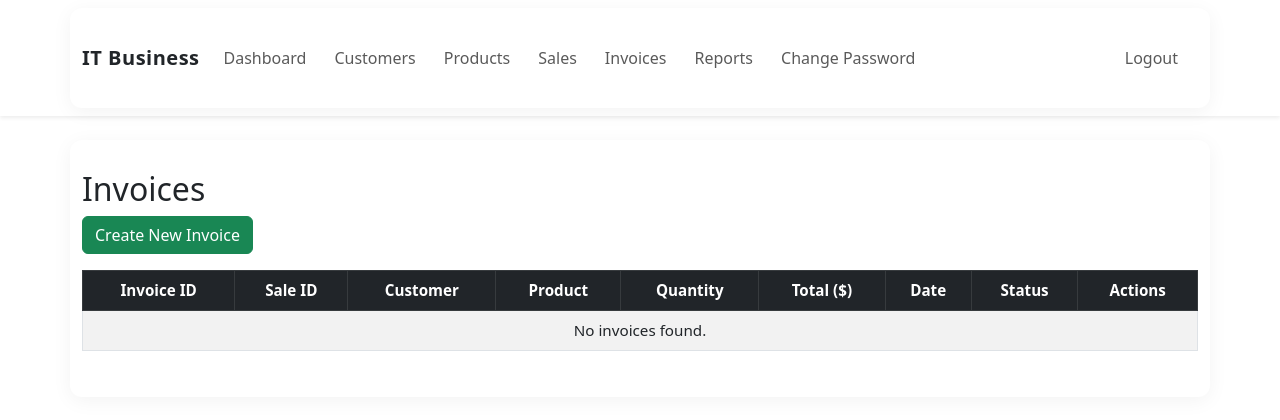
Repository: asmsaifulislam/it_business
Page: http://localhost/invoice
These files come from the project's save history. The page is drawn as it stood at one moment and after the next save; the edit follows.
The browser window is 1280 px wide. The pictures show the whole page.
The page is served by the project's application, run on Flask 3 (app.py). The session is filled in as if someone had signed in: {"user_id": 1}. Other server files are loaded and not shown. Queries for data that is not in the repository find no rows.

Above is the page before, as saved 2025-09-20 00:27:00.

### templates/invoice.html
{% extends 'base.html' %}

{% block content %}
<h2>Invoices</h2>
<a href="{{ url_for('create_invoice') }}" class="btn btn-success mb-3">Create New Invoice</a>

<div class="table-responsive">
    <table class="table table-bordered table-hover table-striped text-center align-middle">
        <thead class="table-dark">
            <tr>
                <th>Invoice ID</th>
                <th>Sale ID</th>
                <th>Customer</th>
                <th>Product</th>
                <th>Quantity</th>
                <th>Total ($)</th>
                <th>Date</th>
                <th>Status</th>
                <th>Actions</th>
            </tr>
        </thead>
        <tbody>
            {% for invoice in invoices %}
            <tr>
                <td>{{ invoice.id }}</td>
                <td>{{ invoice.sale_id }}</td>
                <td>{{ invoice.customer }}</td>
                <td>{{ invoice.product }}</td>
                <td>{{ invoice.quantity }}</td>
                <td>${{ "{:,.2f}".format(invoice.total) }}</td>
                <td>{{ invoice.date_created.strftime('%Y-%m-%d %H:%M') }}</td>
                <td>
                    {% if invoice.status == "Paid" %}
                        <span class="badge bg-success">Paid</span>
                    {% elif invoice.status == "Unpaid" %}
                        <span class="badge bg-warning text-dark">Unpaid</span>
                    {% else %}
                        <span class="badge bg-danger">{{ invoice.status }}</span>
                    {% endif %}
                </td>
                <td class="d-flex justify-content-center gap-2">
                    {% if invoice.status != "Paid" %}
                        <form action="{{ url_for('mark_paid', invoice_id=invoice.id) }}" method="POST">
                            <button type="submit" class="btn btn-sm btn-success">Mark Paid</button>
                        </form>
                    {% endif %}
                    <a href="{{ url_for('delete_invoice', invoice_id=invoice.id) }}"
                       class="btn btn-sm btn-danger"
                       onclick="return confirm('Are you sure you want to delete this invoice?')">
                       Delete
                    </a>
                </td>
            </tr>
            {% else %}
            <tr>
                <td colspan="9">No invoices found.</td>
            </tr>
            {% endfor %}
        </tbody>
    </table>
</div>
{% endblock %}

### templates/base.html
<!DOCTYPE html>
<html lang="en">
<head>
    <meta charset="UTF-8">
    <title>IT Business Management Tool</title>
    <meta name="viewport" content="width=device-width, initial-scale=1">

    <!-- Custom Styles -->
    <link rel="stylesheet" href="{{ url_for('static', filename='style.css') }}">

    <!-- Bootstrap CSS -->
    <link href="https://cdn.jsdelivr.net/npm/bootstrap@5.3.0/dist/css/bootstrap.min.css" rel="stylesheet">
</head>
<body>
    <!-- Navbar -->
    <nav class="navbar navbar-expand-lg shadow-sm mb-4" style="background-color: #ffffff;">
        <div class="container">
            <a class="navbar-brand text-dark" href="{{ url_for('dashboard') }}">IT Business</a>
            <button class="navbar-toggler" type="button" data-bs-toggle="collapse" data-bs-target="#navbarNav" aria-controls="navbarNav" aria-expanded="false" aria-label="Toggle navigation">
                <span class="navbar-toggler-icon"></span>
            </button>

            <div class="collapse navbar-collapse justify-content-between" id="navbarNav">
                <ul class="navbar-nav">
                    <li class="nav-item"><a class="nav-link" href="{{ url_for('dashboard') }}">Dashboard</a></li>
                    <li class="nav-item"><a class="nav-link" href="{{ url_for('customers') }}">Customers</a></li>
                    <li class="nav-item"><a class="nav-link" href="{{ url_for('products') }}">Products</a></li>
                    <li class="nav-item"><a class="nav-link" href="{{ url_for('sales') }}">Sales</a></li>
                    <li class="nav-item"><a class="nav-link" href="{{ url_for('invoice') }}">Invoices</a></li>
                    <li class="nav-item"><a class="nav-link" href="{{ url_for('reports') }}">Reports</a></li>
                    <li class="nav-item"><a class="nav-link" href="{{ url_for('change_password') }}">Change Password</a></li>
                </ul>

                <ul class="navbar-nav">
                    {% if session.get('user_id') %}
                        <li class="nav-item"><a class="nav-link" href="{{ url_for('logout') }}">Logout</a></li>
                    {% else %}
                        <li class="nav-item"><a class="nav-link" href="{{ url_for('login') }}">Login</a></li>
                    {% endif %}
                </ul>
            </div>
        </div>
    </nav>

    <!-- Flash Messages -->
    <div class="container">
        {% with messages = get_flashed_messages(with_categories=true) %}
            {% if messages %}
                {% for category, message in messages %}
                    <div class="alert alert-{{ category }} text-center fade-in">
                        {{ message }}
                    </div>
                {% endfor %}
            {% endif %}
        {% endwith %}

        <!-- Page Content -->
        {% block content %}{% endblock %}
    </div>

    <!-- Bootstrap JS -->
    <script src="https://cdn.jsdelivr.net/npm/bootstrap@5.3.0/dist/js/bootstrap.bundle.min.js"></script>
</body>
</html>

### static/style.css
\/* =========================
   Base Reset
========================= */
body {
    margin: 0;
    padding: 0;
    font-family: 'Segoe UI', Tahoma, Geneva, Verdana, sans-serif;
    background-color: #f4f6f9;
    color: #212529;
    text-align: center;
}

/* =========================
   Navbar
========================= */
nav.navbar {
    background-color: #ffffff;
    box-shadow: 0 2px 4px rgba(0, 0, 0, 0.1);
    transition: box-shadow 0.3s ease;
}

nav.navbar:hover {
    box-shadow: 0 4px 12px rgba(0, 0, 0, 0.15);
}

.navbar-brand {
    font-weight: bold;
    font-size: 1.5rem;
    letter-spacing: 0.5px;
    color: #2c3e50;
}

.nav-link {
    font-size: 1rem;
    margin-right: 12px;
    position: relative;
    color: #2c3e50;
    transition: color 0.3s ease;
}

.nav-link::after {
    content: '';
    position: absolute;
    left: 0;
    bottom: -4px;
    width: 0%;
    height: 2px;
    background-color: #198754;
    transition: width 0.3s ease;
}

.nav-link:hover {
    color: #198754;
}

.nav-link:hover::after {
    width: 100%;
}

/* =========================
   Container
========================= */
.container {
    padding: 30px 20px;
    max-width: 1200px;
    margin: 0 auto;
    background-color: #ffffff;
    border-radius: 12px;
    box-shadow: 0 4px 20px rgba(0, 0, 0, 0.05);
}

/* =========================
   Headings
========================= */
h2 {
    font-weight: 600;
    color: #2c3e50;
    margin-bottom: 30px;
}

/* =========================
   Table Styles
========================= */
table {
    font-size: 0.95rem;
    margin: 0 auto;
    width: 100%;
    border-collapse: collapse;
}

.table th {
    background-color: #2c3e50;
    color: white;
    text-align: center;
    padding: 12px;
}

.table td {
    vertical-align: middle;
    text-align: center;
    padding: 10px;
    background-color: #ffffff;
}

.table tbody tr:hover {
    background-color: #f0f8ff;
}

/* =========================
   Buttons
========================= */
.table-actions .btn {
    width: 192px;
    height: 82px;
    font-size: 1.2rem;
    padding: 0;
    display: flex;
    align-items: center;
    justify-content: center;
    border-radius: 10px;
    box-shadow: 0 4px 12px rgba(0, 0, 0, 0.2);
    transition: transform 0.3s ease, box-shadow 0.3s ease;
}

.table-actions .btn:hover {
    transform: scale(1.05);
    box-shadow: 0 6px 16px rgba(0, 0, 0, 0.25);
}

.table-actions .btn-success {
    background-color: #198754;
    color: white;
}

.table-actions .btn-success:hover {
    background-color: #157347;
}

.table-actions .btn-danger {
    background-color: #dc3545;
    color: white;
}

.table-actions .btn-danger:hover {
    background-color: #b02a37;
}

/* =========================
   Badges
========================= */
.badge {
    font-size: 0.85rem;
    padding: 6px 10px;
    border-radius: 4px;
}

/* =========================
   Responsive
========================= */
@media (max-width: 992px) {
    .table-actions .btn {
        width: 140px;
        height: 60px;
        font-size: 1rem;
    }
}

Loaded but not shown: app.py (405 lines, source omitted)

After the next save:
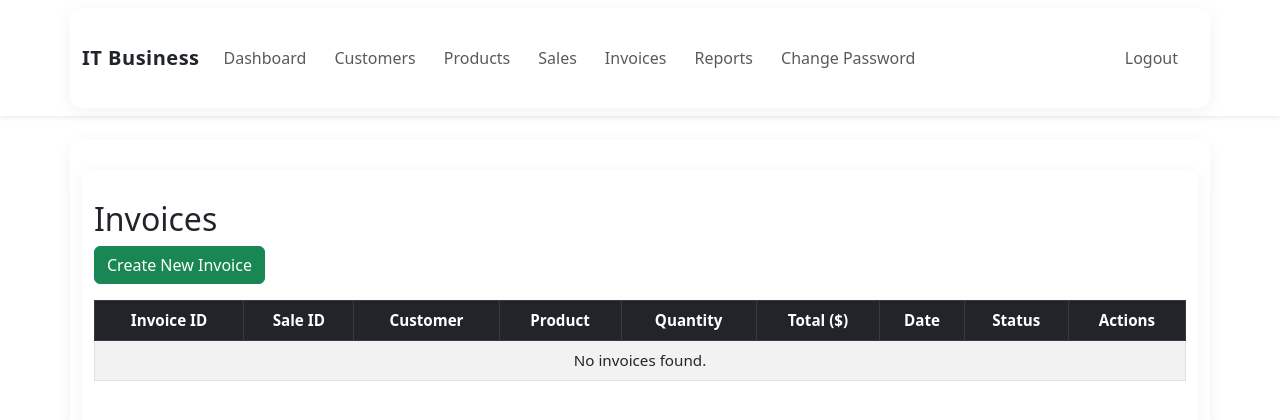
Saved 49 s later.
--- a/templates/invoice.html
+++ b/templates/invoice.html
@@ -1,62 +1,64 @@
 {% extends 'base.html' %}
 
 {% block content %}
-<h2>Invoices</h2>
-<a href="{{ url_for('create_invoice') }}" class="btn btn-success mb-3">Create New Invoice</a>
+<div class="container">
+    <h2>Invoices</h2>
+    <a href="{{ url_for('create_invoice') }}" class="btn btn-success mb-3">Create New Invoice</a>
 
-<div class="table-responsive">
-    <table class="table table-bordered table-hover table-striped text-center align-middle">
-        <thead class="table-dark">
-            <tr>
-                <th>Invoice ID</th>
-                <th>Sale ID</th>
-                <th>Customer</th>
-                <th>Product</th>
-                <th>Quantity</th>
-                <th>Total ($)</th>
-                <th>Date</th>
-                <th>Status</th>
-                <th>Actions</th>
-            </tr>
-        </thead>
-        <tbody>
-            {% for invoice in invoices %}
-            <tr>
-                <td>{{ invoice.id }}</td>
-                <td>{{ invoice.sale_id }}</td>
-                <td>{{ invoice.customer }}</td>
-                <td>{{ invoice.product }}</td>
-                <td>{{ invoice.quantity }}</td>
-                <td>${{ "{:,.2f}".format(invoice.total) }}</td>
-                <td>{{ invoice.date_created.strftime('%Y-%m-%d %H:%M') }}</td>
-                <td>
-                    {% if invoice.status == "Paid" %}
-                        <span class="badge bg-success">Paid</span>
-                    {% elif invoice.status == "Unpaid" %}
-                        <span class="badge bg-warning text-dark">Unpaid</span>
-                    {% else %}
-                        <span class="badge bg-danger">{{ invoice.status }}</span>
-                    {% endif %}
-                </td>
-                <td class="d-flex justify-content-center gap-2">
-                    {% if invoice.status != "Paid" %}
-                        <form action="{{ url_for('mark_paid', invoice_id=invoice.id) }}" method="POST">
-                            <button type="submit" class="btn btn-sm btn-success">Mark Paid</button>
-                        </form>
-                    {% endif %}
-                    <a href="{{ url_for('delete_invoice', invoice_id=invoice.id) }}"
-                       class="btn btn-sm btn-danger"
-                       onclick="return confirm('Are you sure you want to delete this invoice?')">
-                       Delete
-                    </a>
-                </td>
-            </tr>
-            {% else %}
-            <tr>
-                <td colspan="9">No invoices found.</td>
-            </tr>
-            {% endfor %}
-        </tbody>
-    </table>
+    <div class="table-responsive">
+        <table class="table table-bordered table-hover table-striped text-center align-middle">
+            <thead class="table-dark">
+                <tr>
+                    <th>Invoice ID</th>
+                    <th>Sale ID</th>
+                    <th>Customer</th>
+                    <th>Product</th>
+                    <th>Quantity</th>
+                    <th>Total ($)</th>
+                    <th>Date</th>
+                    <th>Status</th>
+                    <th>Actions</th>
+                </tr>
+            </thead>
+            <tbody>
+                {% for invoice in invoices %}
+                <tr>
+                    <td>{{ invoice.id }}</td>
+                    <td>{{ invoice.sale_id }}</td>
+                    <td>{{ invoice.customer_name }}</td>
+                    <td>{{ invoice.product_name }}</td>
+                    <td>{{ invoice.quantity }}</td>
+                    <td>${{ "{:,.2f}".format(invoice.total) }}</td>
+                    <td>{{ invoice.date_created.strftime('%Y-%m-%d %H:%M') }}</td>
+                    <td>
+                        {% if invoice.status == "Paid" %}
+                            <span class="badge bg-success">Paid</span>
+                        {% elif invoice.status == "Unpaid" %}
+                            <span class="badge bg-warning text-dark">Unpaid</span>
+                        {% else %}
+                            <span class="badge bg-danger">{{ invoice.status }}</span>
+                        {% endif %}
+                    </td>
+                    <td class="table-actions d-flex justify-content-center gap-2">
+                        {% if invoice.status != "Paid" %}
+                            <form action="{{ url_for('mark_paid', invoice_id=invoice.id) }}" method="POST">
+                                <button type="submit" class="btn btn-success">Mark Paid</button>
+                            </form>
+                        {% endif %}
+                        <a href="{{ url_for('delete_invoice', invoice_id=invoice.id) }}"
+                           class="btn btn-danger"
+                           onclick="return confirm('Are you sure you want to delete this invoice?')">
+                           Delete
+                        </a>
+                    </td>
+                </tr>
+                {% else %}
+                <tr>
+                    <td colspan="9">No invoices found.</td>
+                </tr>
+                {% endfor %}
+            </tbody>
+        </table>
+    </div>
 </div>
 {% endblock %}

After the 2 saves that followed:
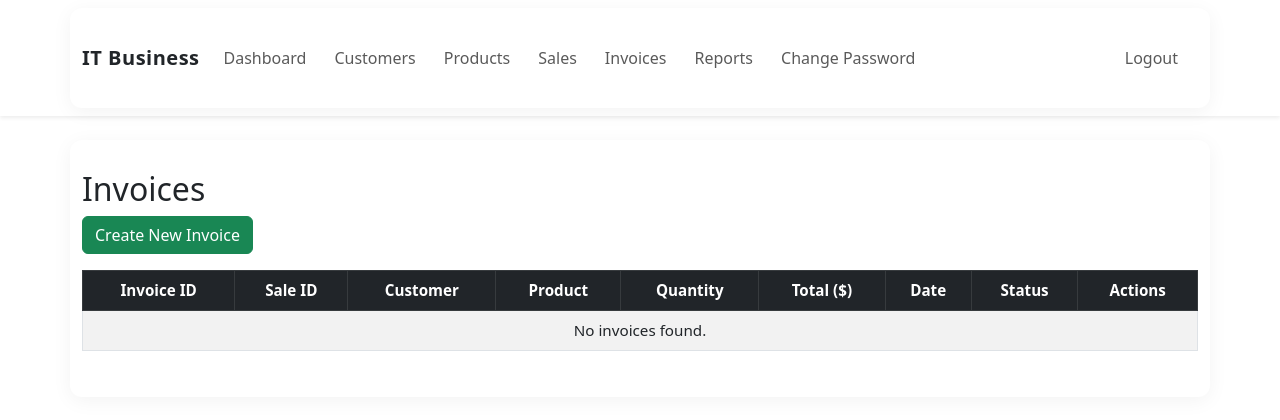
The 2 saves are shown as one change because they came seconds apart.
The last was saved 22 s later.
--- a/templates/invoice.html
+++ b/templates/invoice.html
@@ -1,64 +1,62 @@
 {% extends 'base.html' %}
 
 {% block content %}
-<div class="container">
-    <h2>Invoices</h2>
-    <a href="{{ url_for('create_invoice') }}" class="btn btn-success mb-3">Create New Invoice</a>
+<h2>Invoices</h2>
+<a href="{{ url_for('create_invoice') }}" class="btn btn-success mb-3">Create New Invoice</a>
 
-    <div class="table-responsive">
-        <table class="table table-bordered table-hover table-striped text-center align-middle">
-            <thead class="table-dark">
-                <tr>
-                    <th>Invoice ID</th>
-                    <th>Sale ID</th>
-                    <th>Customer</th>
-                    <th>Product</th>
-                    <th>Quantity</th>
-                    <th>Total ($)</th>
-                    <th>Date</th>
-                    <th>Status</th>
-                    <th>Actions</th>
-                </tr>
-            </thead>
-            <tbody>
-                {% for invoice in invoices %}
-                <tr>
-                    <td>{{ invoice.id }}</td>
-                    <td>{{ invoice.sale_id }}</td>
-                    <td>{{ invoice.customer_name }}</td>
-                    <td>{{ invoice.product_name }}</td>
-                    <td>{{ invoice.quantity }}</td>
-                    <td>${{ "{:,.2f}".format(invoice.total) }}</td>
-                    <td>{{ invoice.date_created.strftime('%Y-%m-%d %H:%M') }}</td>
-                    <td>
-                        {% if invoice.status == "Paid" %}
-                            <span class="badge bg-success">Paid</span>
-                        {% elif invoice.status == "Unpaid" %}
-                            <span class="badge bg-warning text-dark">Unpaid</span>
-                        {% else %}
-                            <span class="badge bg-danger">{{ invoice.status }}</span>
-                        {% endif %}
-                    </td>
-                    <td class="table-actions d-flex justify-content-center gap-2">
-                        {% if invoice.status != "Paid" %}
-                            <form action="{{ url_for('mark_paid', invoice_id=invoice.id) }}" method="POST">
-                                <button type="submit" class="btn btn-success">Mark Paid</button>
-                            </form>
-                        {% endif %}
-                        <a href="{{ url_for('delete_invoice', invoice_id=invoice.id) }}"
-                           class="btn btn-danger"
-                           onclick="return confirm('Are you sure you want to delete this invoice?')">
-                           Delete
-                        </a>
-                    </td>
-                </tr>
-                {% else %}
-                <tr>
-                    <td colspan="9">No invoices found.</td>
-                </tr>
-                {% endfor %}
-            </tbody>
-        </table>
-    </div>
+<div class="table-responsive">
+    <table class="table table-bordered table-hover table-striped text-center align-middle">
+        <thead class="table-dark">
+            <tr>
+                <th>Invoice ID</th>
+                <th>Sale ID</th>
+                <th>Customer</th>
+                <th>Product</th>
+                <th>Quantity</th>
+                <th>Total ($)</th>
+                <th>Date</th>
+                <th>Status</th>
+                <th>Actions</th>
+            </tr>
+        </thead>
+        <tbody>
+            {% for invoice in invoices %}
+            <tr>
+                <td>{{ invoice.id }}</td>
+                <td>{{ invoice.sale_id }}</td>
+                <td>{{ invoice.customer }}</td>
+                <td>{{ invoice.product }}</td>
+                <td>{{ invoice.quantity }}</td>
+                <td>${{ "{:,.2f}".format(invoice.total) }}</td>
+                <td>{{ invoice.date_created.strftime('%Y-%m-%d %H:%M') }}</td>
+                <td>
+                    {% if invoice.status == "Paid" %}
+                        <span class="badge bg-success">Paid</span>
+                    {% elif invoice.status == "Unpaid" %}
+                        <span class="badge bg-warning text-dark">Unpaid</span>
+                    {% else %}
+                        <span class="badge bg-danger">{{ invoice.status }}</span>
+                    {% endif %}
+                </td>
+                <td class="d-flex justify-content-center gap-2">
+                    {% if invoice.status != "Paid" %}
+                        <form action="{{ url_for('mark_paid', invoice_id=invoice.id) }}" method="POST">
+                            <button type="submit" class="btn btn-sm btn-success">Mark Paid</button>
+                        </form>
+                    {% endif %}
+                    <a href="{{ url_for('delete_invoice', invoice_id=invoice.id) }}"
+                       class="btn btn-sm btn-danger"
+                       onclick="return confirm('Are you sure you want to delete this invoice?')">
+                       Delete
+                    </a>
+                </td>
+            </tr>
+            {% else %}
+            <tr>
+                <td colspan="9">No invoices found.</td>
+            </tr>
+            {% endfor %}
+        </tbody>
+    </table>
 </div>
 {% endblock %}
